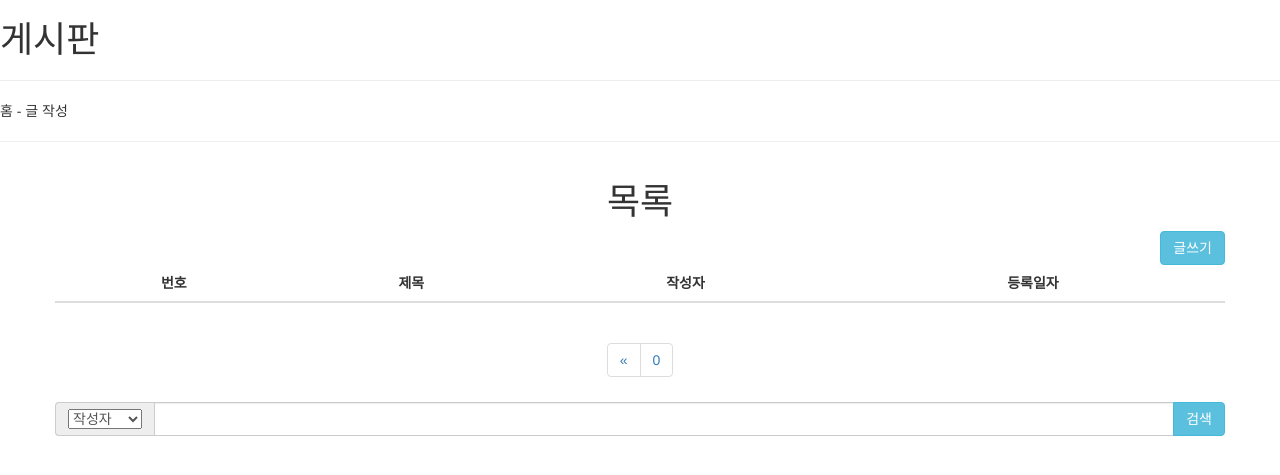
Repository: assa1092/MoonTest
Page: http://localhost/testBoard/WEB-INF/views/board/list.jsp
These files come from the project's save history. The page is drawn as it stood at one moment and after the next save; the edit follows.
The browser window is 1280 px wide. The pictures show the whole page.
The page is served by Tomcat 9. Nobody is signed in. The template is opened directly, without the code that normally fills it, so the values that code supplies are empty.

Above is the page before, as saved 2020-12-18 05:45:37.

After the next save:
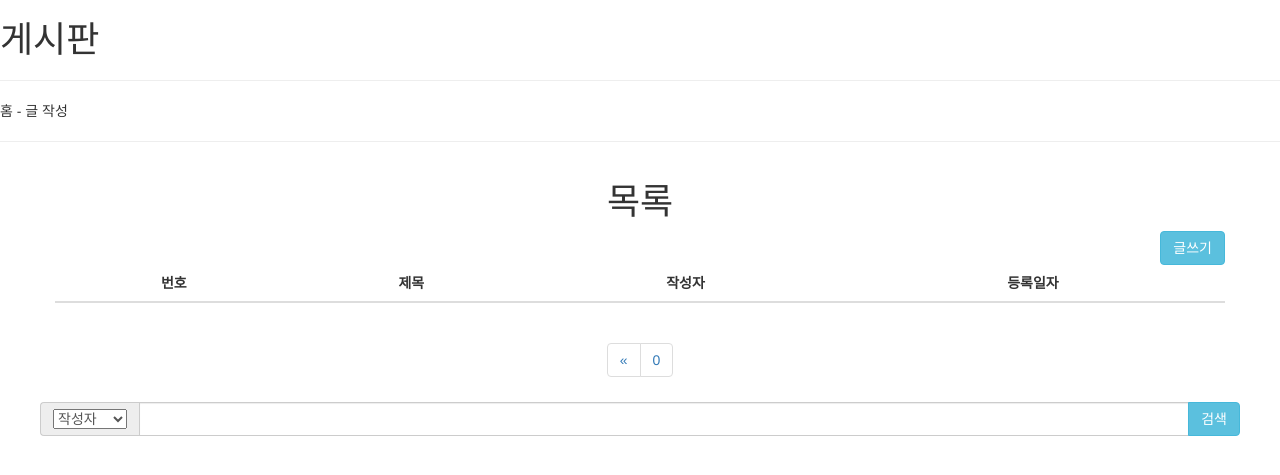
Saved 3 min 57 s later.
--- a/testBoard/src/main/webapp/WEB-INF/views/board/list.jsp
+++ b/testBoard/src/main/webapp/WEB-INF/views/board/list.jsp
@@ -107,7 +107,7 @@
 				</div>
 				<!-- /페이징처리 -->
 
-				<div id="searchList">
+				<div class="row">
 					<form action="/board/searchList" method="get">
 						<div class="input-group">
 							<span class="input-group-addon">
